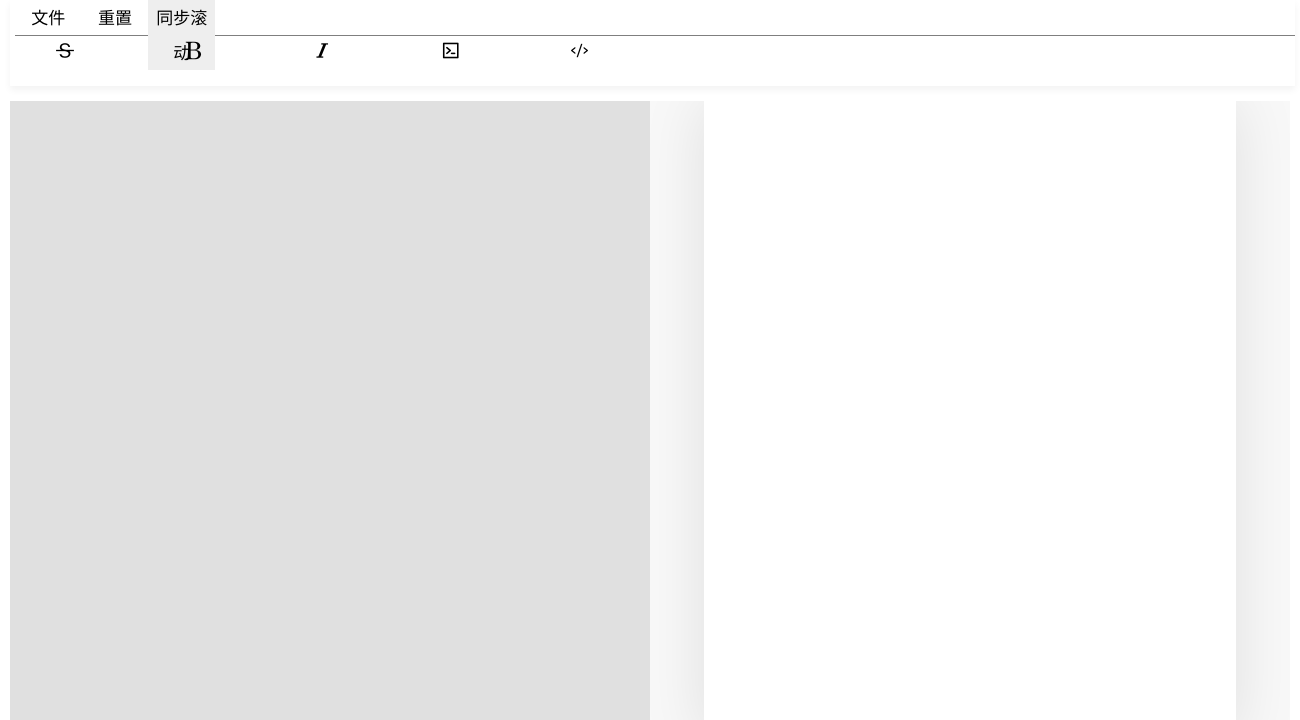
Repository: Wanghd6/Task
Page: / (app in task3_md_react/)
An editor plug-in stored every save of this project. The page is shown before and after the next save, followed by the edit.
The browser window is 1280 px wide. The page is 1300 px wide, so the pictures cover 1300 px, including what lies to the right of the window. The pictures show the whole page.
The project was rebuilt for these pictures with package versions that can differ from the ones it lists, and the page was loaded fresh each time. Also part of the build but not shown: task3_md_react/src/Modal.js.

Above is the page before, as saved 2024-09-27 12:08:36.

After the next save:
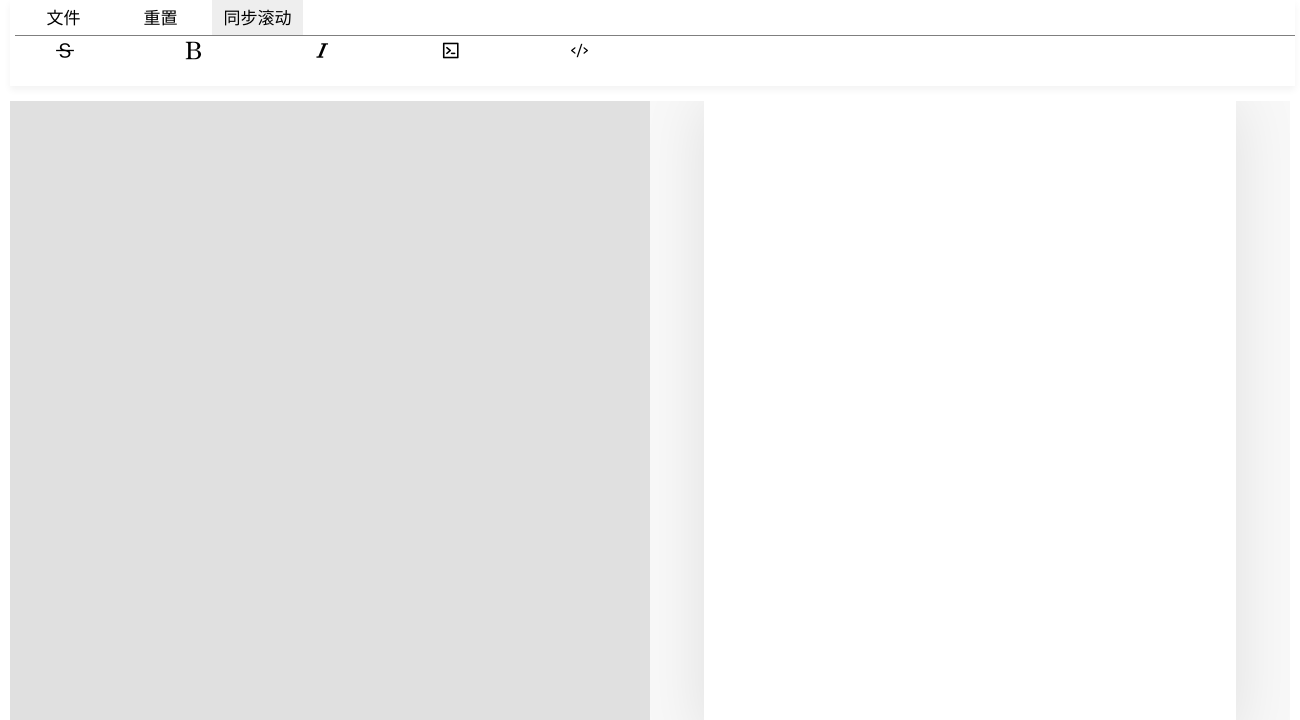
Saved 6 min 37 s later.
--- a/task3_md_react/src/style.css
+++ b/task3_md_react/src/style.css
@@ -22,7 +22,7 @@
 
 .function li {
     list-style: none;
-    width: 100px;
+    width: 91px;
     text-align: center;
 }
 
@@ -100,7 +100,7 @@ input:focus {
     display: flex;
     flex-direction: row;
     justify-content: space-around;
-    width: 200px;
+    width: 291px;
 }
 
 .function li a {
